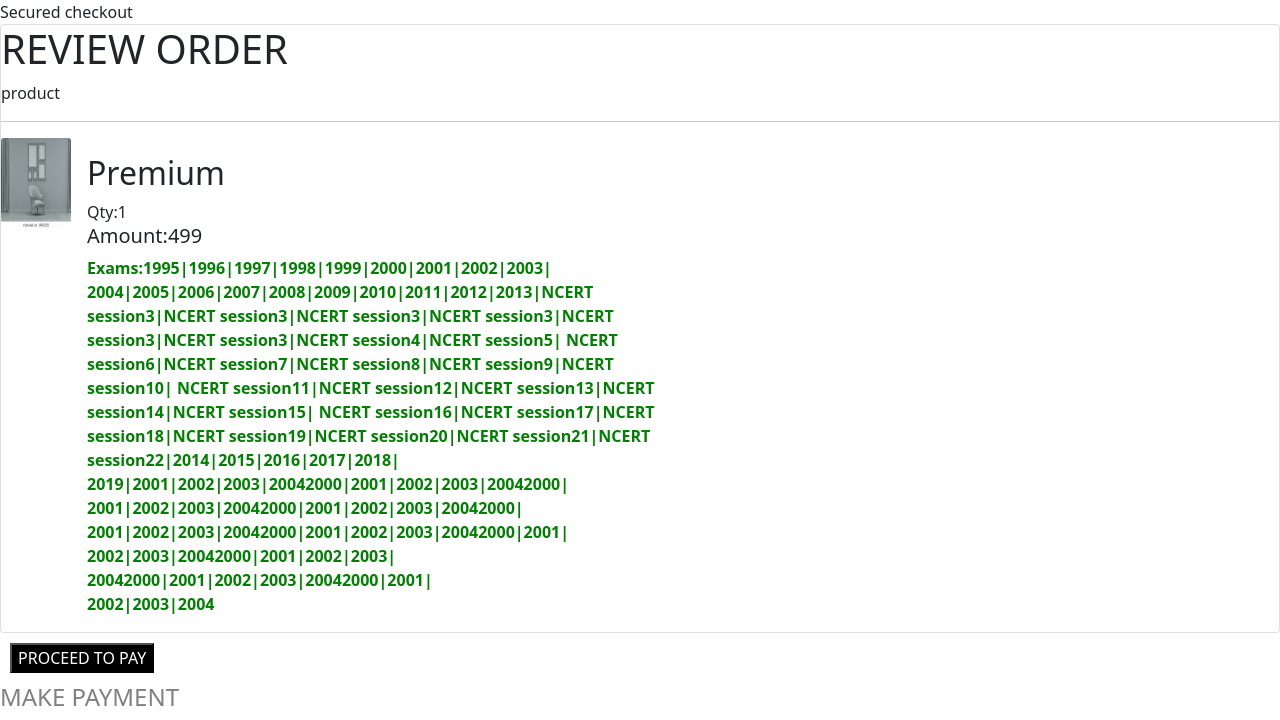
Repository: sreech465/e-prathibha
Page: /checkouts
These files come from the project's save history. The page is drawn as it stood at one moment and after the next save; the edit follows.
The browser window is 1280 px wide. The pictures show the whole page.
The project was rebuilt for these pictures with package versions that can differ from the ones it lists, and the page was loaded fresh each time. Also part of the build but not shown: src/Redux/Actions.js, src/Components/Register.js, src/Components/Verify.js, src/Components/Header.js, src/Components/Login.js, src/Components/Popup.css, src/Components/Popup.js, src/Components/WritExam.css and 10 more.

Above is the page before, as saved 2022-10-18 19:16:44.

After the next save:
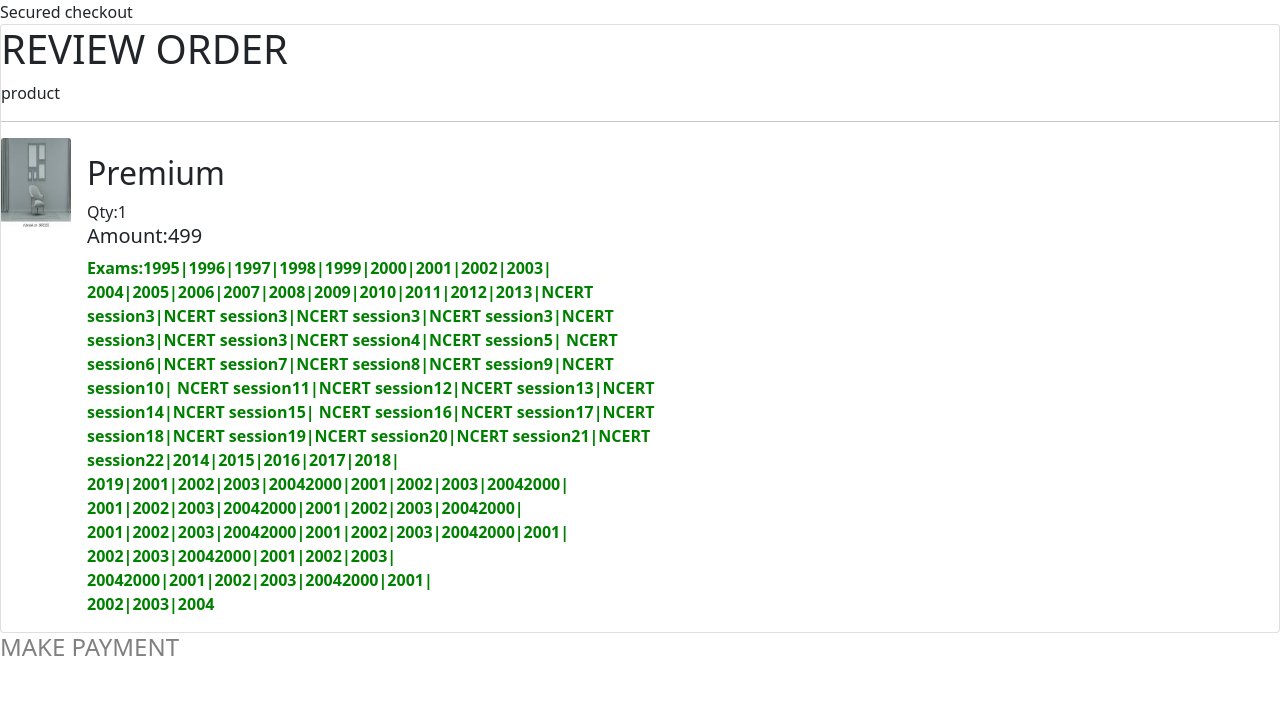
Saved 30 s later.
--- a/src/Components/Checkouts.js
+++ b/src/Components/Checkouts.js
@@ -58,12 +58,6 @@ const Checkouts = () => {
           </div>
         </div>
       </div>
-      <button
-        style={{ backgroundColor: "black", color: "white", margin: 10 }}
-        onclick={handlebut}
-      >
-        PROCEED TO PAY
-      </button>
 
       <h4 style={{ color: "gray" }}>MAKE PAYMENT</h4>
     </>
